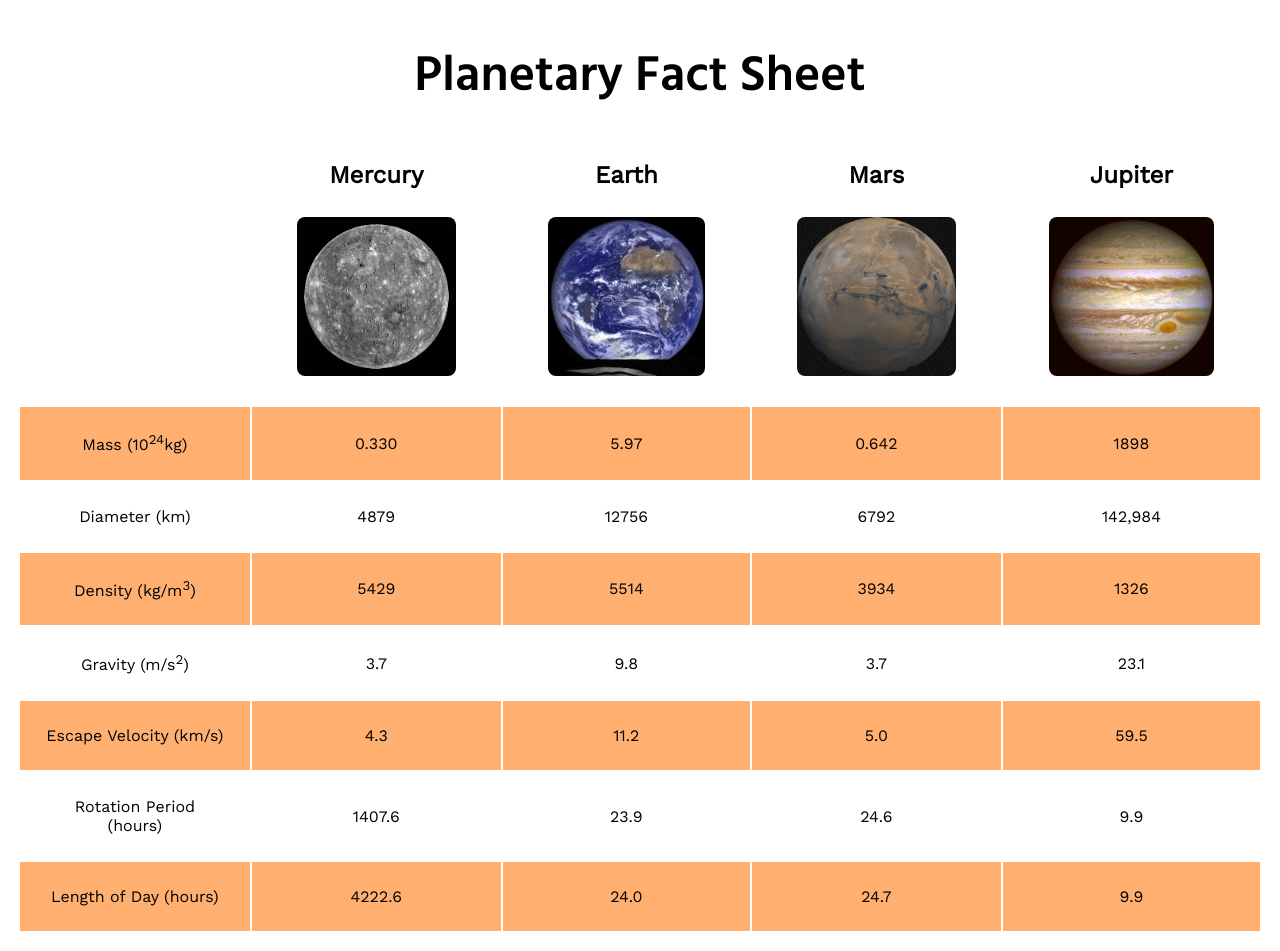
Repository: rishondass/ITMD361-Lab5
Page: index.html
These files come from the project's save history. The page is drawn as it stood at one moment and after a run of saves; the edit follows.
The browser window is 1280 px wide. The pictures show the whole page.

Above is the page before, as saved 2023-02-22 19:31:02.

### index.html
<!DOCTYPE html>
<html lang="en">
<head>
  <meta charset="utf-8">
  <title>Planetary Fact Sheet</title>
  <link rel="stylesheet" href="css/style.css">
  <link rel="preconnect" href="https://fonts.googleapis.com">
  <link rel="preconnect" href="https://fonts.gstatic.com" crossorigin>
  <link href="https://fonts.googleapis.com/css2?family=Hind+Siliguri:wght@600&family=Work+Sans&display=swap" rel="stylesheet">
</head>
<body>
  <h1 id="pageTitle">Planetary Fact Sheet</h1>
  <table id="planets">
    <thead>
      <tr>
        <th></th>
        <th>Mercury</th>
        <th>Earth</th>
        <th>Mars</th>
        <th>Jupiter</th>
      </tr>
    </thead>
    <tbody>
      <tr>
        <td></td>
        <td><img class="planetImage" src="images/mercury.gif" alt="image_of_Mercury"></td>
        <td><img class="planetImage" src="images/earth.gif" alt="image_of_Earth"></td>
        <td><img class="planetImage" src="images/mars.gif" alt="image_of_Mars"></td>
        <td><img class="planetImage" src="images/jupiter.gif" alt="image_of_Jupiter"></td>
      </tr>
      <tr class="data">
        <td>Mass (10<sup>24</sup>kg)</td>
        <td>0.330</td>
        <td>5.97</td>
        <td>0.642</td>
        <td>1898</td>
      </tr>
      <tr class="data">
        <td>Diameter (km)</td>
        <td>4879</td>
        <td>12756</td>
        <td>6792</td>
        <td>142,984</td>
      </tr>
      <tr class="data">
        <td>Density (kg/m<sup>3</sup>)</td>
        <td>5429</td>
        <td>5514</td>
        <td>3934</td>
        <td>1326</td>
      </tr>
      <tr class="data">
        <td>Gravity (m/s<sup>2</sup>)</td>
        <td>3.7</td>
        <td>9.8</td>
        <td>3.7</td>
        <td>23.1</td>
      </tr>
      <tr class="data">
        <td>Escape Velocity (km/s)</td>
        <td>4.3</td>
        <td>11.2</td>
        <td>5.0</td>
        <td>59.5</td>
      </tr>
      <tr class="data">
        <td>Rotation Period (hours)</td>
        <td>1407.6</td>
        <td>23.9</td>
        <td>24.6</td>
        <td>9.9</td>
      </tr>
      <tr class="data">
        <td>Length of Day (hours)</td>
        <td>4222.6</td>
        <td>24.0</td>
        <td>24.7</td>
        <td>9.9</td>
      </tr>
    </tbody>
  </table>
</body>

### css/style.css

#pageTitle {
  font-family: 'Hind Siliguri', sans-serif;
  text-align: center;
  font-size: 50px;
}

#planets {
	border: none;
  padding: 10px;
  /* background-color: aqua; */
  width: 100%;
  text-align: center;
  font-family: 'Work Sans', sans-serif;

}

#planets thead{
  font-size: 24px;

}

#planets tr td{
  padding: 25px;

}

#planets tr:nth-child(even){
  background-color: rgba(255, 115, 0, 0.562);
}

.planetImage {
  border-radius: 8px;
  width: 80%;
}

After the next 2 saves:
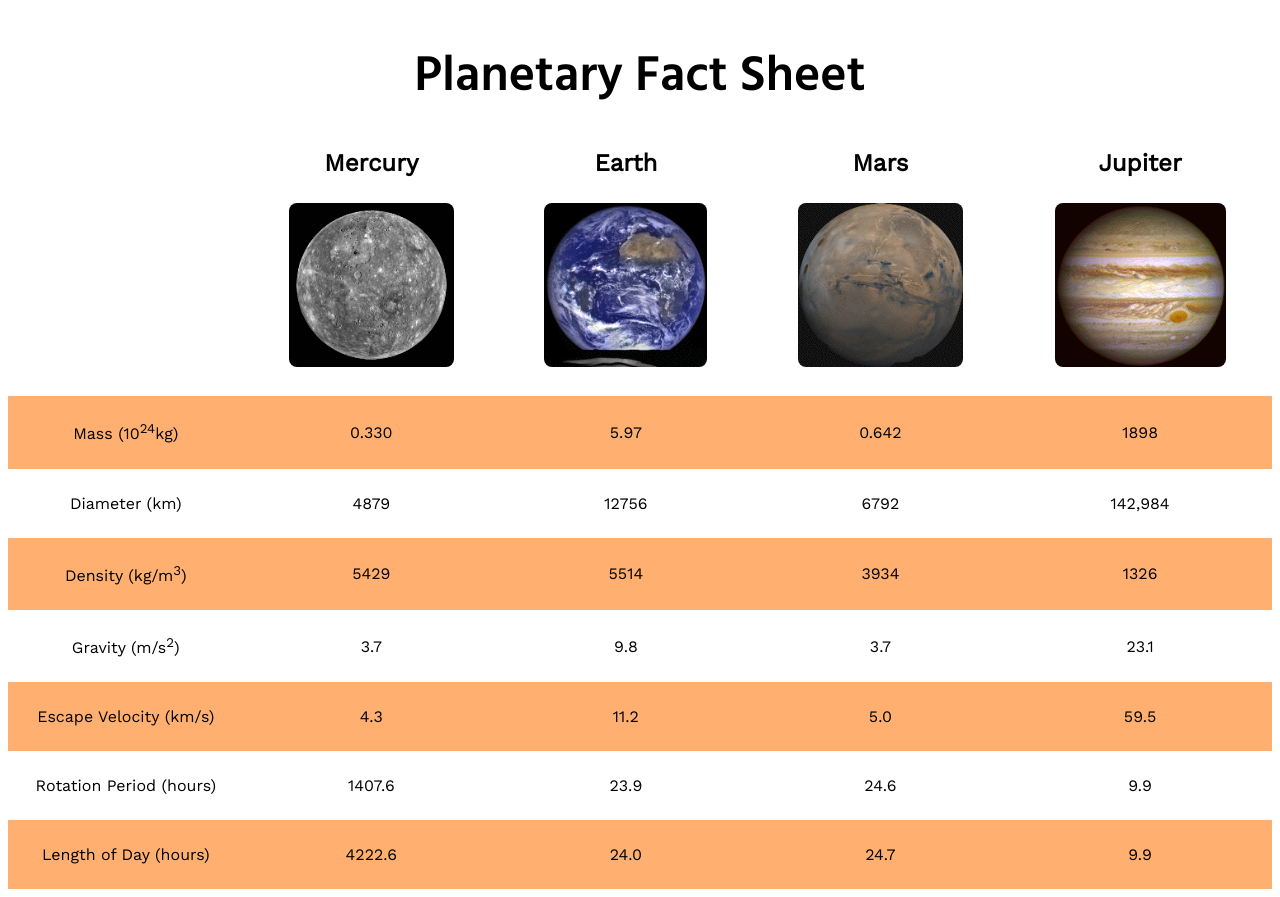
The 2 saves are shown as one change because they came seconds apart.
The last was saved 66 s later.
--- a/css/style.css
+++ b/css/style.css
@@ -6,7 +6,7 @@
 }
 
 #planets {
-	border: none;
+	border-collapse: collapse;
   padding: 10px;
   /* background-color: aqua; */
   width: 100%;
